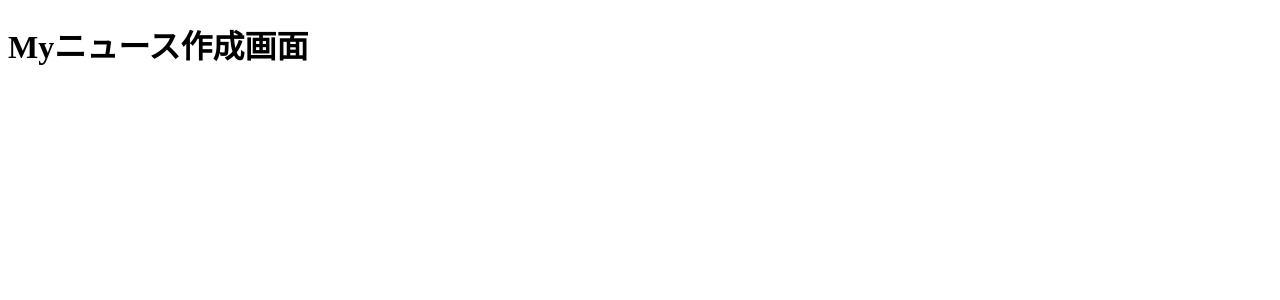
Repository: shy-sys/php-tech-boost
Page: http://localhost/admin/news/create
The author's editor kept a record of every edit. The page is drawn from the files as they stood at one moment, then again after the next edit.
The browser window is 1280 px wide. The pictures show the whole page.
The page is served by the project's Laravel application, run on PHP 8.4 with Laravel 8. Other server files are loaded and not shown.

Above is the page before.

### mynews/routes/web.php
<?php

/*
|--------------------------------------------------------------------------
| Web Routes
|--------------------------------------------------------------------------
|
| Here is where you can register web routes for your application. These
| routes are loaded by the RouteServiceProvider within a group which
| contains the "web" middleware group. Now create something great!
|
*/

Route::get('/', function () {
    return view('welcome');
});


Route::group(['prefix' => 'admin'], function() {
Route::get('news/create', 'Admin\NewsController@add');
Route::get('news/delete', 'Admin\NewsController@delete');
Route::get('news/update', 'Admin\NewsController@update');

Route::get('profile/create', 'Admin\ProfileController@add');
Route::get('profile/edit', 'Admin\ProfileController@edit');

});

### mynews/app/Http/Controllers/Admin/NewsController.php
<?php

namespace App\Http\Controllers\Admin;

use Illuminate\Http\Request;
use App\Http\Controllers\Controller;

class NewsController extends Controller
{
    //以下を追記
    public function add()
  {
      return view('admin.news.create');
  }
}

### mynews/resources/views/admin/news/create.blade.php
<!DOCTYPE html>
<html>
    <head>
        <meta charset="utf-8">
        <meta http-equiv="X-UA-Compatible" content="IE=edge">
        <meta name="viewport" content="width=device-width, initial-scale=1">

        <title>'ニュースの新規作成'</title>
    </head>
    <body>
        <h1>Myニュース作成画面</h1>
    </body>
</html>

Loaded but not shown: mynews/app/Http/Controllers/Controller.php (common file)

After the next edit:
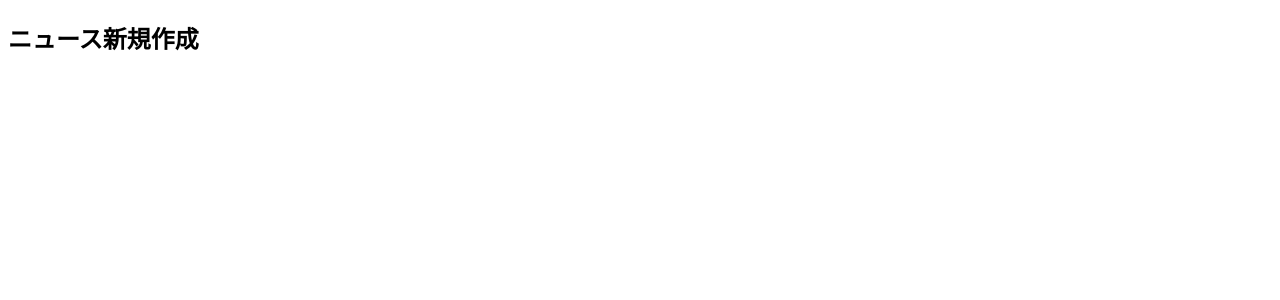
The edit:
--- a/mynews/resources/views/admin/news/create.blade.php
+++ b/mynews/resources/views/admin/news/create.blade.php
@@ -8,6 +8,10 @@
         <title>'ニュースの新規作成'</title>
     </head>
     <body>
-        <h1>Myニュース作成画面</h1>
-    </body>
-</html>
+         <div class="container">
+        <div class="row">
+            <div class="col-md-8 mx-auto">
+                <h2>ニュース新規作成</h2>
+            </div>
+        </div>
+    </div>
